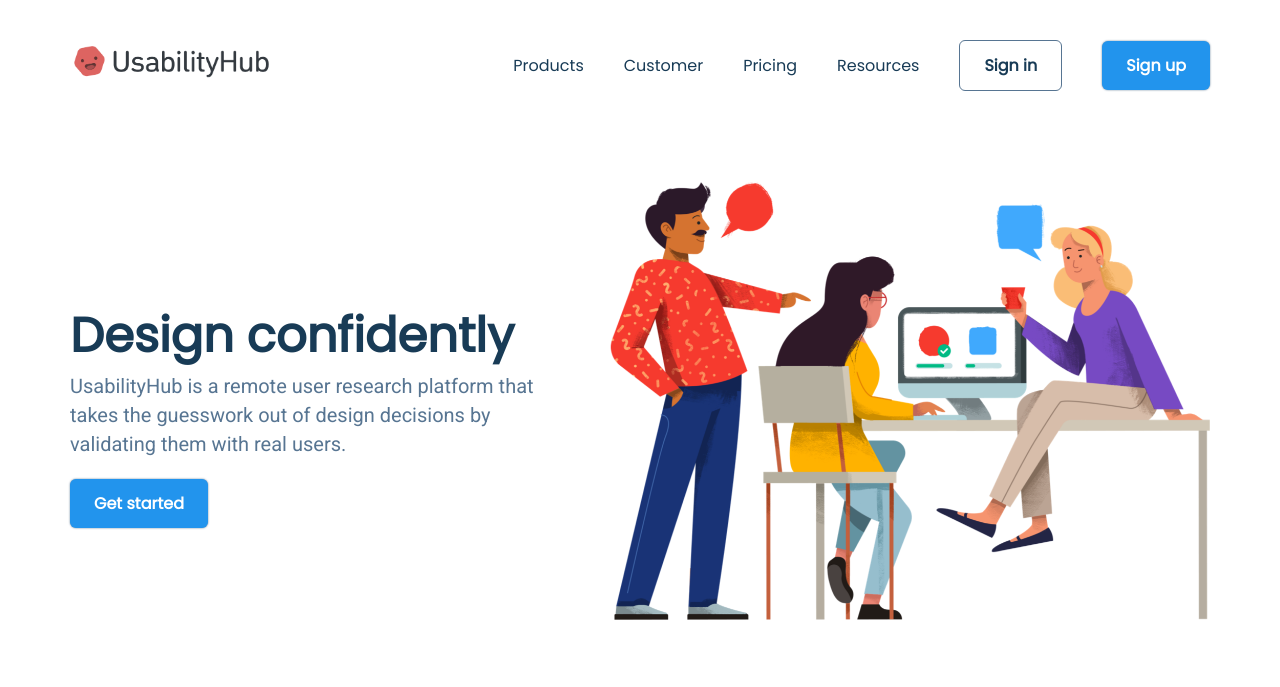
Repository: ramlakhan1/clone1
Page: index.html
An editor plug-in stored every save of this project. The page is shown before and after the next save, followed by the edit.
The browser window is 1280 px wide. The pictures show the part of the page from y = 95 to 807 px (the page is 782 px tall before and 807 px after).
Some web libraries are served in a nearby version.

Above is the page before, as saved 2022-11-29 18:15:03.

### index.html
<!DOCTYPE html>
<html lang="en">
  <head>
    <meta charset="UTF-8" />
    <meta http-equiv="X-UA-Compatible" content="IE=edge" />
    <meta name="viewport" content="width=device-width, initial-scale=1.0" />
    <title>Document</title>
    <link rel="stylesheet" href="style.css" />
  </head>
  <body>
    <div class="top-banner">
      <div class="container">
        <div class="small-bold-text banner-text">
          🥳 New to UsabilityHub: Open and closed card sorting!
        </div>
      </div>
    </div>
    <nav>
        <div class="container main-nav flex">
            <a href="#" class="company-logo">
               <img src="./assets/asset 1.png" alt="company logo">
            </a>
            <div class="nav-links">
                <ul class="flex">
                    <li><a href="#" class="hover-links">Products</a></li>
                    <li><a href="#" class="hover-links">Customer</a></li>
                    <li><a href="#" class="hover-links">Pricing</a></li>
                    <li><a href="#" class="hover-links">Resources</a></li>
                    <li><a href="#" class="hover-links secondary-button">Sign in</a></li>
                    <li><a href="#" class="hover-links primary-button">Sign up</a></li>
                </ul>
            </div>
        </div>
    </nav>
    <header>
        <div class="container header-section flex">
            <div class="header-left">
                <h1>Design confidently</h1>
                <p>UsabilityHub is a remote user research platform that takes the guesswork out of design decisions by validating them with real users.</p>
                <a href="#" class="primary-button get-started-btn">Get started</a>
            </div>
            <div class="header-right">
                <img src="./assets/asset 2.png" alt="hero-image">

            </div>
        </div>
    </header>
    <div class="companies-section">
        <div class="container">
            <div class="small-bold-text"></div>
        </div>
    </div>
    <section class="features-section"></section>
    <section class="big-feature-section"></section>
    <section class="big-feature-section"></section>
    <section class="big-feature-section"></section>
    <section class="example-section"></section>
    <section class="cta-section"></section>
    <footer></footer>
    <div class="sunfooter"></div>
    <script
      src="https://kit.fontawesome.com/4353b2cb35.js"
      crossorigin="anonymous"
    ></script>
  </body>
</html>

### style.css
@import url('https://fonts.googleapis.com/css2?family=Poppins&family=Roboto&display=swap');

*{
    margin: 0;
    padding: 0;
    box-sizing: border-box;
}
:root {
    --primary-text-color: #183b56;
    --secondary-text-color: #577592;
    --accent-color: #2294ed;
    --accent-color-dark: #1d69a3;
    --padding-inline-section: 20px;
}
body {
    font-family: 'Poppins', sans-serif;
    color: var(--primary-text-color);
}

h1{
    font-size: 3rem;
}
h2 {
    font-size: 2rem;
}
h3{
    font-size: 1.5rem;
}
p{
    font-family: 'Roboto', sans-serif;
    font-size: 1.25rem;
    color: var(--secondary-text-color);
    line-height: 1.8rem;
}
.primary-button {
    background-color: var(--accent-color);
    border-radius: 6px;
    font-weight: 700;
    color: white !important;;
    padding: 12px 24px;
    box-shadow: 0 0 2px var(--secondary-text-color);
    transition: 0.s ease-out;
}
.secondary-button {
    border: 0.5px solid var(--secondary-text-color);
    border-radius: 6px;
    font-weight: 700;
    color: var(--primary-text-color) !important;
    padding: 12px 24px;
    transition: 0.2 ease-out;
}
.secondary-button:hover {
    border-color: var(--accent-color);
    color: var(--accent-color) !important;
}

.primary-button:hover {
    background-color: var(--accent-color-dark);
}
.hover-links {
    color: var(--primary-text-color)
}

.hover-links:hover {
    color: var(--accent-color);
    transition: 0.2s ease-out;
}

a {
    text-decoration: none;
    display: inline-block;
}
.container {
    max-width: 1180px;
    margin-inline:  auto;
    padding: var(--padding-inline-section);
}
.flex {
    display: flex;
    align-items: center;
}
.small-bold-text {
    font-size: 1rem;
    font-weight: 700;
}
.banner-text {
    color: white;
    padding: 15px 30px;
    text-align: center;
}
.top-banner {
    background-image: url('./assets/asset\30.png');
    background-color: #4fb3d4;
    background-size: 300px;
}
ul{
    list-style-type: none;
}
.main-nav{
    margin-top: 20px;
justify-content: space-between;
}
.company-logo img {
    width: 200px;
}
.nav-links{
    flex-basis: 730px;
}
.nav-links ul{
 justify-content: end;
 gap: 40px;
}

header {
    padding: 50px var(--padding-inline-section) 0;
}
.header-left h1{
    margin-top: 20px;
}
.header-left {
    max-width: 40vw;
}
.header-section {
    justify-content: center;
    gap: 50px;
}

.header-right img {
    width: 600px;
}
.get-started-btn {
    margin-top: 20px;
}

After the next save:
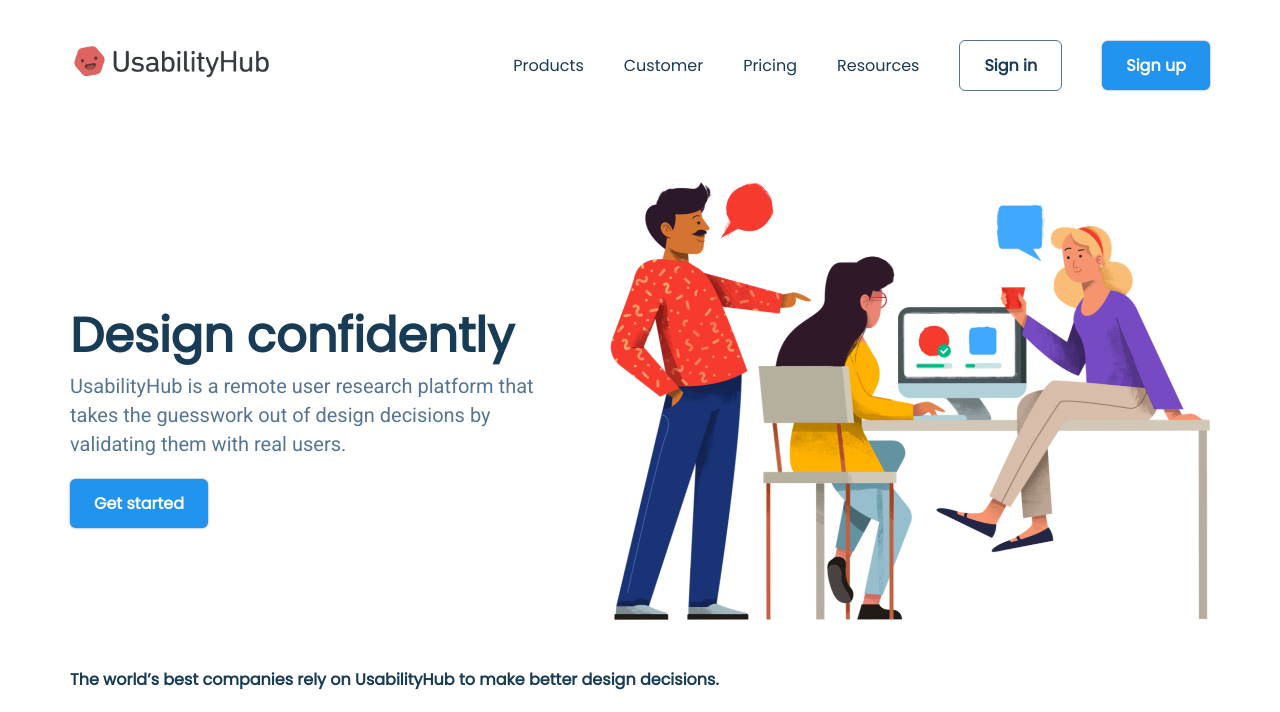
Saved 20 s later.
--- a/index.html
+++ b/index.html
@@ -47,7 +47,7 @@
     </header>
     <div class="companies-section">
         <div class="container">
-            <div class="small-bold-text"></div>
+            <div class="small-bold-text">The world’s best companies rely on UsabilityHub to make better design decisions.</div>
         </div>
     </div>
     <section class="features-section"></section>
